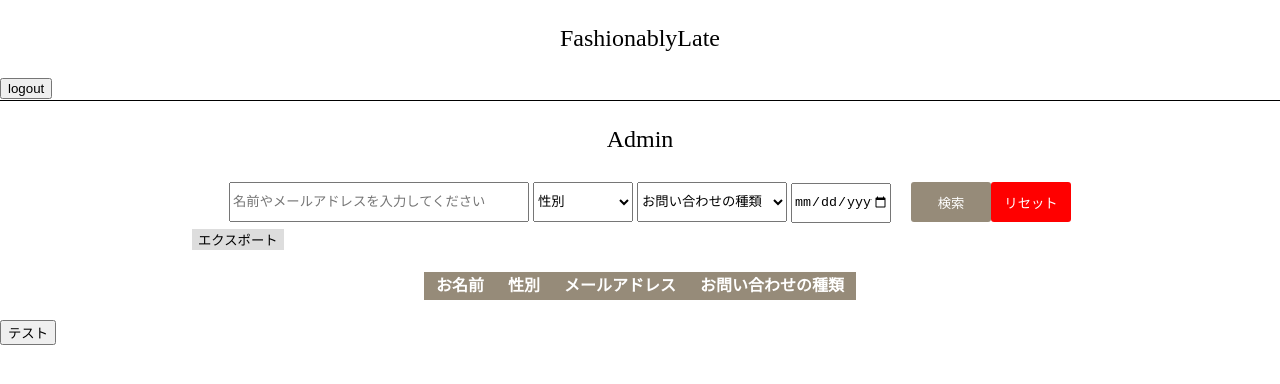
Repository: mayu-ya/test_form
Page: http://localhost/search
These files come from the project's save history. The page is drawn as it stood at one moment and after the next save; the edit follows.
The browser window is 1280 px wide. The pictures show the whole page.
The page is served by the project's Laravel application, run on PHP 8.4 with Laravel 8. Queries for data that is not in the repository find no rows.

Above is the page before, as saved 2026-01-24 00:26:31.

After the next save:
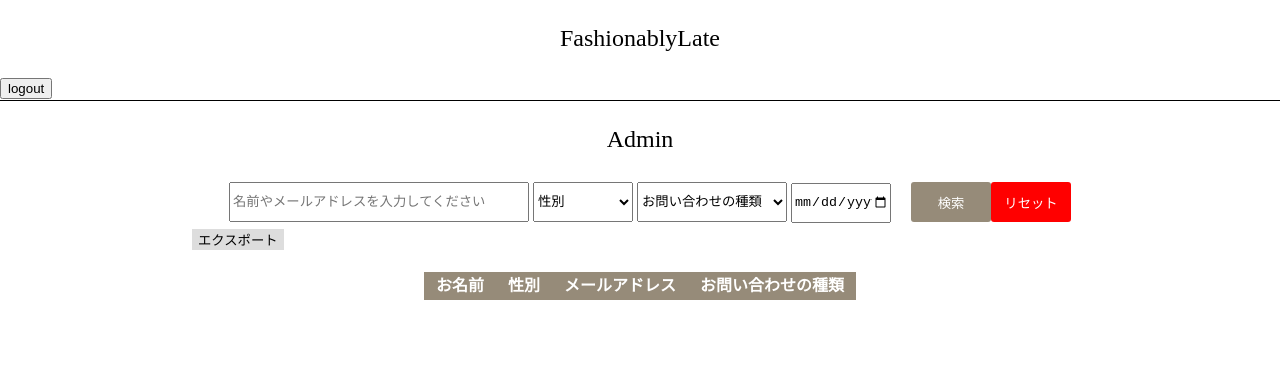
Saved 66 s later.
--- a/src/resources/views/admin.blade.php
+++ b/src/resources/views/admin.blade.php
@@ -80,7 +80,7 @@
                             <input type="text" class="form__item-input" name="category_id"  value="{{ $contact->category->content }}" readonly>
                         </div>
                         <div class="form__button">
-                            <button class="form__button-detail" popovertarget="my-popover" popovertargetaction="show">
+                            <button class="form__button-detail" type="button" popovertarget="my-popover" popovertargetaction="show">
                                 詳細
                             </button>
                         </div>
@@ -92,10 +92,84 @@
     </div>
 </div>
 
-<form action="">
-    <button type="button" popovertarget="test">テスト</button>
-    <div id="test" popover>表示されました！</div>
-</form>
+<div id="my-popover" popover>
+    <form class="popover-form">
+        <div class="close__button">
+            <button popovertarget="my-popover" popovertargetaction="hide" class="close__button-item">
+                ×
+            </button>
+        </div>
+        <div class="popover-group">
+            <div class="popover-group__title">
+                <span class="popover-group__title-span">お名前</span>
+            </div>
+            <div class="popover-group__item">
+                <input type="text" class="popover-group__item-input" name="name" readonly>
+            </div>
+        </div>
+        <div class="popover-group">
+            <div class="popover-group__title">
+                <span class="popover-group__title-span">性別</span>
+            </div>
+            <div class="popover-group__item">
+                <input type="text" class="popover-group__item-input" name="gender" readonly>
+            </div>
+        </div>
+        <div class="popover-group">
+            <div class="popover-group__title">
+                <span class="popover-group__title-span">メールアドレス</span>
+            </div>
+            <div class="popover-group__item">
+                <input type="text" class="popover-group__item-input" name="email" readonly>
+            </div>
+        </div>
+        <div class="popover-group">
+            <div class="popover-group__title">
+                <span class="popover-group__title-span">電話番号</span>
+            </div>
+            <div class="popover-group__item">
+                <input type="text" class="popover-group__item-input" name="tel" readonly>
+            </div>
+        </div>
+        <div class="popover-group">
+            <div class="popover-group__title">
+                <span class="popover-group__title-span">住所</span>
+            </div>
+            <div class="popover-group__item">
+                <input type="text" class="popover-group__item-input" name="address" readonly>
+            </div>
+        </div>
+        <div class="popover-group">
+            <div class="popover-group__title">
+                <span class="popover-group__title-span">建物名</span>
+            </div>
+            <div class="popover-group__item">
+                <input type="text" class="popover-group__item-input" name="building" readonly>
+            </div>
+        </div>
+        <div class="popover-group">
+            <div class="popover-group__title">
+                <span class="popover-group__title-span">お問い合わせの種類</span>
+            </div>
+            <div class="popover-group__item">
+                <input type="text" class="popover-group__item-input" name="category_id" readonly>
+            </div>
+        </div>
+        <div class="popover-group">
+            <div class="popover-group__title">
+                <span class="popover-group__title-span">お問い合わせ内容</span>
+            </div>
+            <div class="popover-group__item">
+                <textarea class="popover-group__item-input" name="detail" readonly></textarea>
+            </div>
+        </div>
+    </form>
+    <form class="popover-form__delete">
+        <div class="delete__button">
+            <button class="delete__button-item">削除</button>
+        </div>
+    </form>
+</div>
 
 
 
